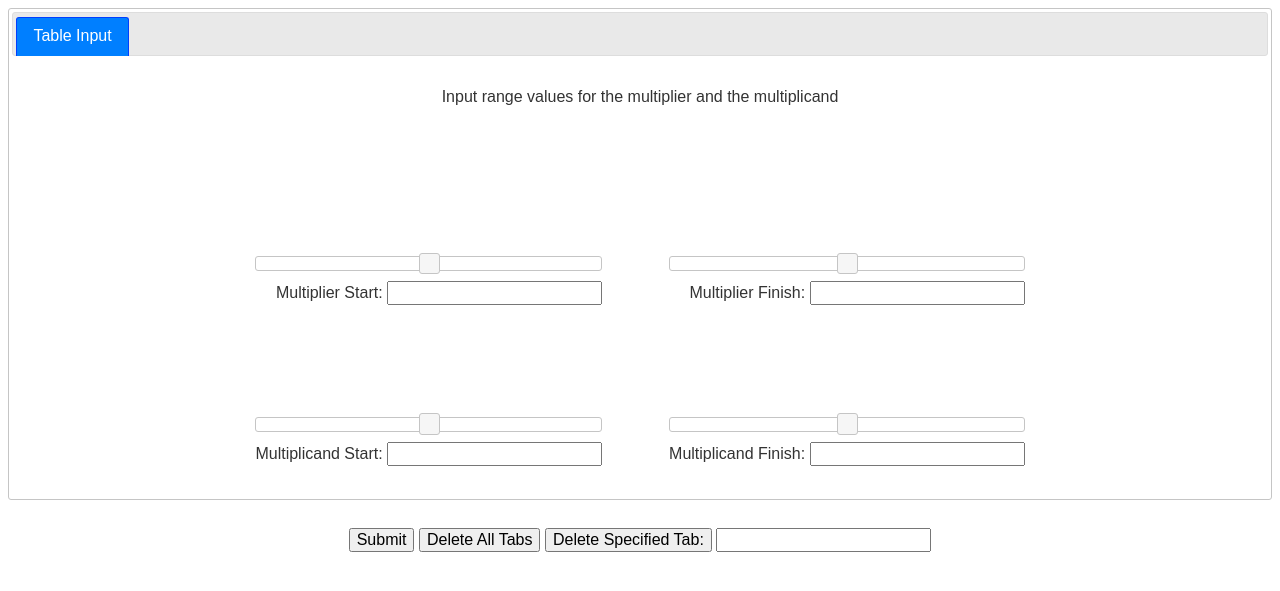
Repository: khrasna/HW4Part2
Page: index.html
The author's editor kept a copy of each file at every save. The page is drawn from the files as they stood at one save, then again after the next save.
The browser window is 1280 px wide. The pictures show the whole page.
Some web libraries are served in a nearby version.

Above is the page before, as saved 2021-11-22 16:27:18.

After the next save:
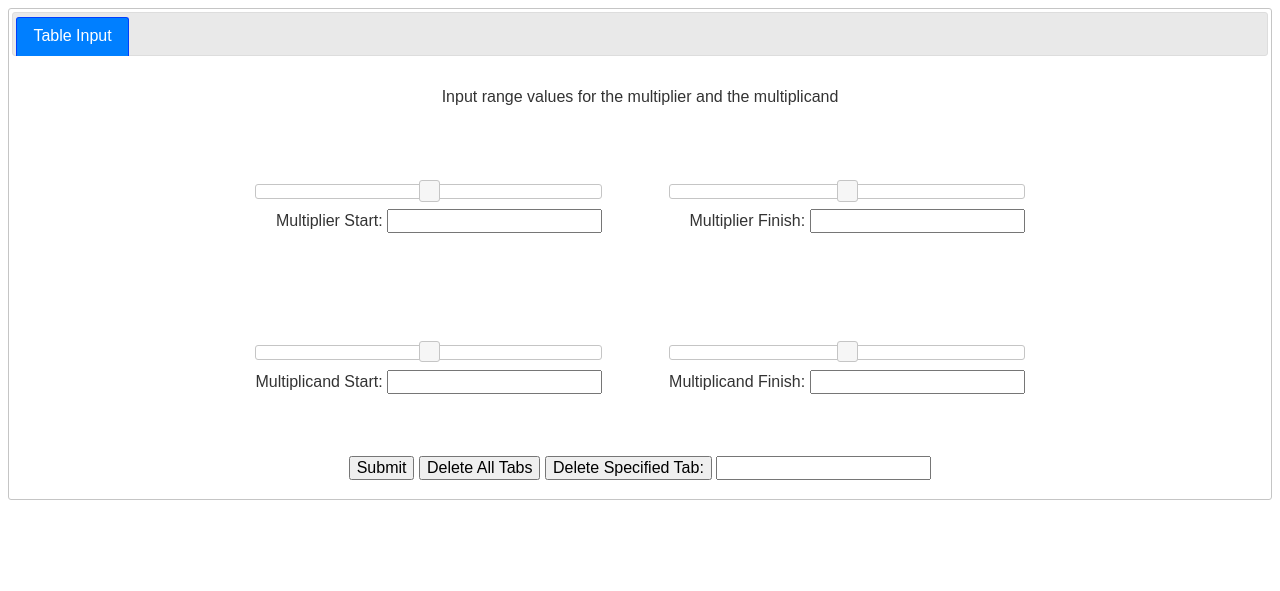
Saved 13 s later.
--- a/index.html
+++ b/index.html
@@ -21,43 +21,41 @@ By Karsten Hrasna  email Karsten_Hrasna@student.uml.edu-->
             <li><a href='#tab1'>Table Input</a></li>
         </ul>
         <div id="tab1">
-            <div id="container">
-                <p>Input range values for the multiplier and the multiplicand</p>
-                <!-- Learned from W3schools. Creates a form which takes number ranges for multiplier and multiplicand. -->
-                <form id="FormInput" action="javascript:void(0);" method="get">
-                    <!--Learned about javascript:void(0) from Dutchie432 at https://stackoverflow.com/questions/1818249/form-with-no-action-and-where-enter-does-not-reload-page-->
-                    <table>
-                        <tr>
+            <p>Input range values for the multiplier and the multiplicand</p>
+            <!-- Learned from W3schools. Creates a form which takes number ranges for multiplier and multiplicand. -->
+            <form id="FormInput" action="javascript:void(0);" method="get">
+                <!--Learned about javascript:void(0) from Dutchie432 at https://stackoverflow.com/questions/1818249/form-with-no-action-and-where-enter-does-not-reload-page-->
+                <table>
+                    <tr>
 
-                            <td class="pad">
-                                <div id="slider-1" class="refresh"></div>
-                                Multiplier Start: <input input="text" class="refresh" name="MultiplierStart">
-                            </td>
+                        <td class="pad">
+                            <div id="slider-1" class="refresh"></div>
+                            Multiplier Start: <input input="text" class="refresh" name="MultiplierStart">
+                        </td>
 
-                            <td>
-                                <div id="slider-2" class="refresh"></div>
-                                Multiplier Finish: <input type="text" class="refresh" name="MultiplierFinish">
-                            </td>
-                        </tr>
-                        <tr>
-                            <td class="pad">
-                                <div id="slider-3" class="refresh"></div>
-                                Multiplicand Start: <input type="text" class="refresh" name="MultiplicandStart">
-                            </td>
+                        <td>
+                            <div id="slider-2" class="refresh"></div>
+                            Multiplier Finish: <input type="text" class="refresh" name="MultiplierFinish">
+                        </td>
+                    </tr>
+                    <tr>
+                        <td class="pad">
+                            <div id="slider-3" class="refresh"></div>
+                            Multiplicand Start: <input type="text" class="refresh" name="MultiplicandStart">
+                        </td>
 
-                            <td>
-                                <div id="slider-4" class="refresh"></div>
-                                Multiplicand Finish: <input type="text" class="refresh" name="MultiplicandFinish">
-                            </td>
-                        </tr>
-                    </table>
-                    <input type="submit" value="Submit">
-                    <input type="button" name="clear" value="Delete All Tabs">
-                    <input type="button" name="clearx" value="Delete Specified Tab:">
-                    <input type="text" name="clearinput">
-                    <!--goes directly under form and processes the input to create a mult table-->
-                </form>
-            </div>
+                        <td>
+                            <div id="slider-4" class="refresh"></div>
+                            Multiplicand Finish: <input type="text" class="refresh" name="MultiplicandFinish">
+                        </td>
+                    </tr>
+                </table>
+                <input type="submit" value="Submit">
+                <input type="button" name="clear" value="Delete All Tabs">
+                <input type="button" name="clearx" value="Delete Specified Tab:">
+                <input type="text" name="clearinput">
+                <!--goes directly under form and processes the input to create a mult table-->
+            </form>
         </div>
     </div>
 

After the save that followed:
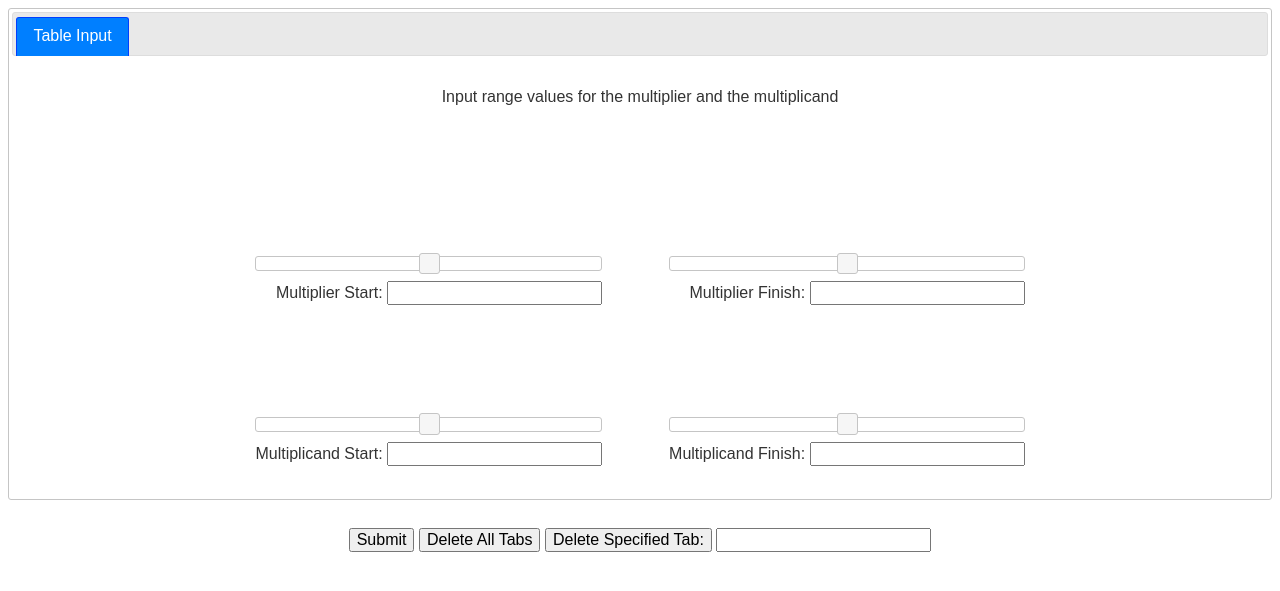
Saved 5 s later.
--- a/style.css
+++ b/style.css
@@ -13,7 +13,7 @@ body {
     margin-top: 10px;
 }
 
-div#container {
+div#tab1 {
     display: grid;
     grid-template-columns: auto;
     /* top row of grid holds the form for input, the rest of page holds the multiplication table*/
